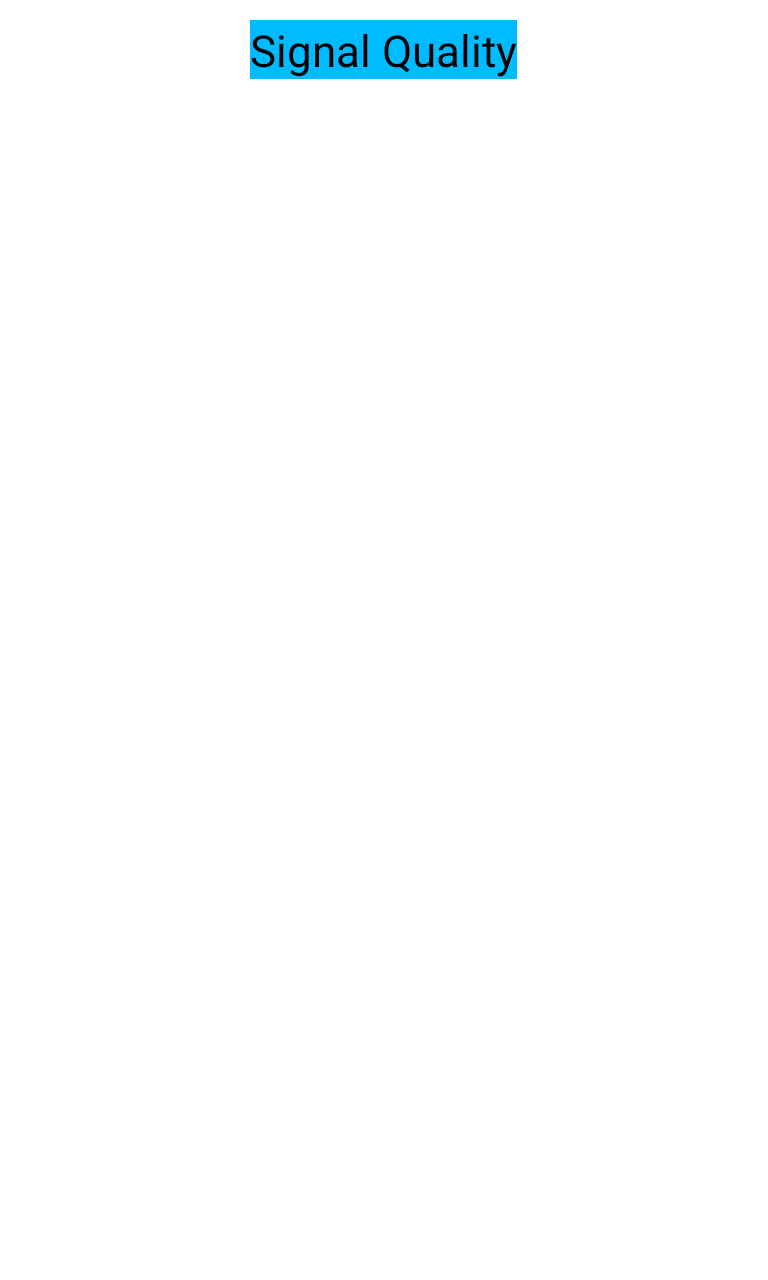
Repository: sbobhate/Android-Applications
Layout: EWBProject/res/layout/fragment2.xml
An editor plug-in stored every save of this project. The layout is shown before and after the next save, followed by the edit.
It is drawn on a 768 x 1280 px phone screen (xhdpi) without system bars, with theme AppTheme; the app's code is not run.

Above is the layout before, as saved 2014-02-22 02:27:51.

After the next save:
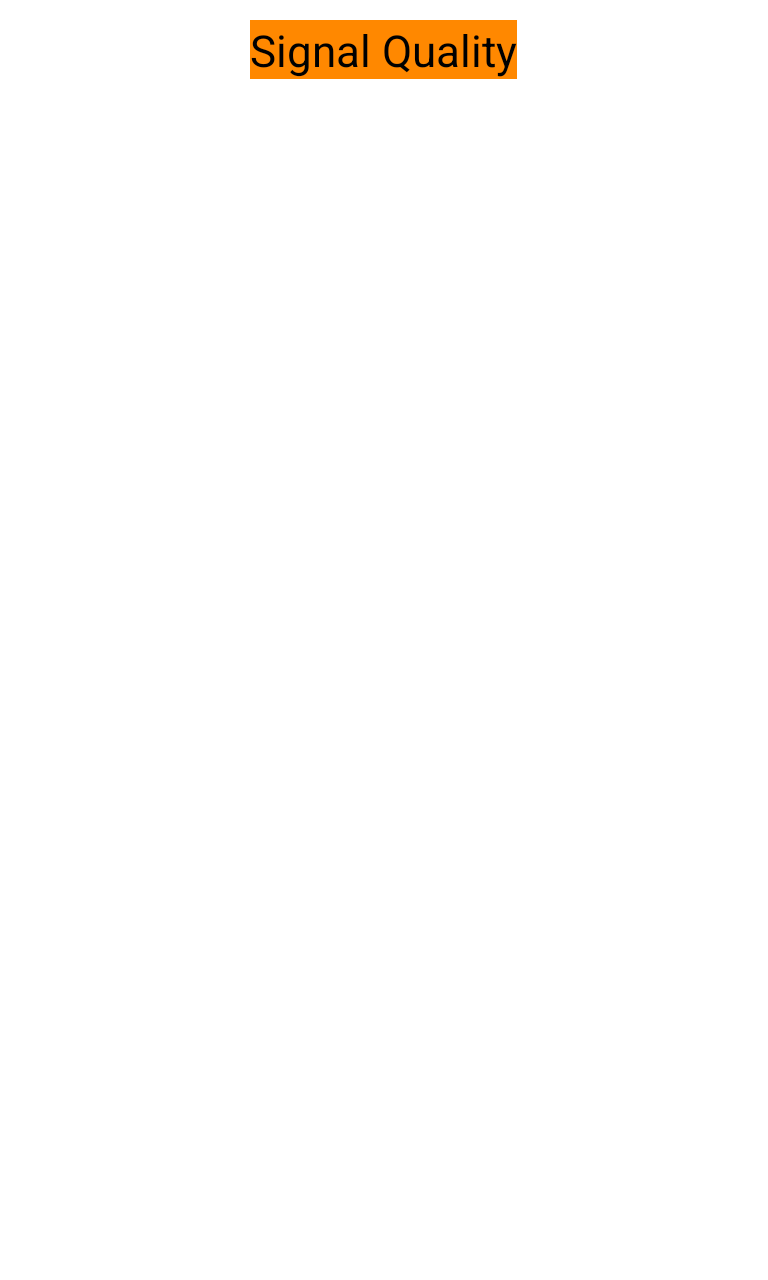
Saved 19 s later.
--- a/EWBProject/res/layout/fragment2.xml
+++ b/EWBProject/res/layout/fragment2.xml
@@ -12,7 +12,7 @@
         android:textAppearance="?android:attr/textAppearanceLarge"
         android:layout_centerHorizontal="true"
         android:layout_margin="10dp"
-        android:background="#00BBFF" />
+        android:background="#FF8800" />
 
     <TextView
         android:id="@+id/quality"
